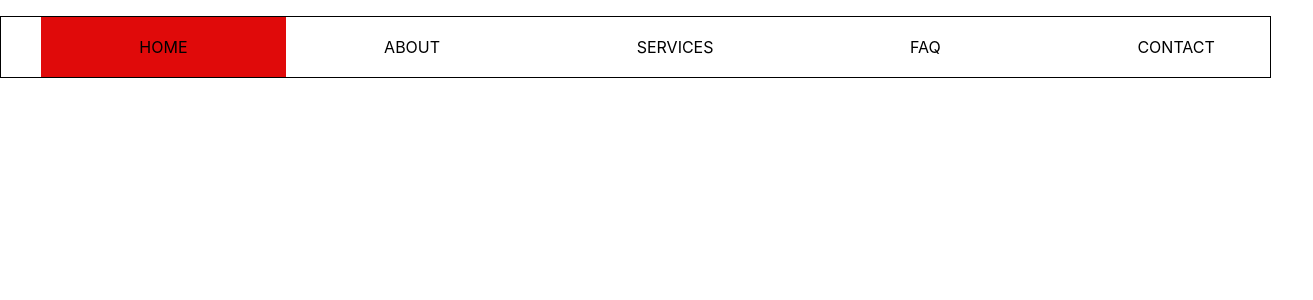
Repository: sriram1224/reactas1.github.io
Page: /
The author's editor kept a copy of each file at every save. The page is drawn from the files as they stood at one save, then again after the next save.
The browser window is 1280 px wide. The page is 1313 px wide, so the pictures cover 1313 px, including what lies to the right of the window. The pictures show the whole page.
The project was rebuilt for these pictures with package versions that can differ from the ones it lists, and the page was loaded fresh each time.

Above is the page before, as saved 2024-03-05 06:57:31.

### src/App.js
import Nav from './Components/Nav';
import './App.css';

function App() {
  return (
    <div className="App">
     <Nav />
    </div>
  );
}

export default App;

### src/Components/Nav.js

import Navc from './Nav.css';
function Nav(){
    return (
        <nav className='Nav'>
            <ul>
                <li id='first'>HOME</li>
                <li>ABOUT</li>
                <li>SERVICES</li>
                <li>FAQ</li>
                <li>CONTACT</li>
            </ul>
        </nav>
    )
}
export default Nav;

### src/Components/Nav.css
.Nav{
    display: flex;
    justify-content: space-between;
    align-items: center;

    width: 100%;
}
.Nav ul{
    display: flex;
    justify-content: space-between;
    align-items: center;
    list-style: none;

    width: 96%;
    border: 1px solid #000;
}
.Nav ul li{
    padding: 20px 8%;


    text-align: center;
}
#first{

    background-color: rgb(224, 10, 10);
}

Loaded but not shown: public/index.html (common file); src/index.js (common file); src/index.css (common file); src/reportWebVitals.js (common file); src/App.css (common file)

After the next save:
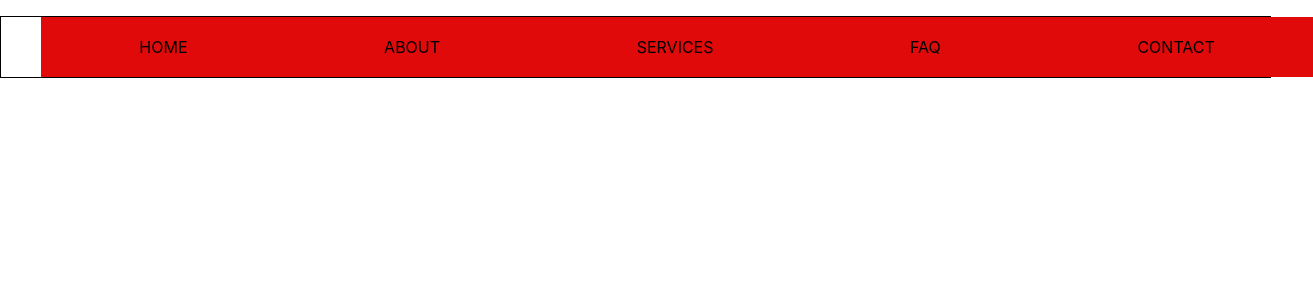
Saved 15 s later.
--- a/src/Components/Nav.css
+++ b/src/Components/Nav.css
@@ -17,7 +17,7 @@
 .Nav ul li{
     padding: 20px 8%;
 
-
+    background-color: rgb(224, 10, 10);
     text-align: center;
 }
 #first{
